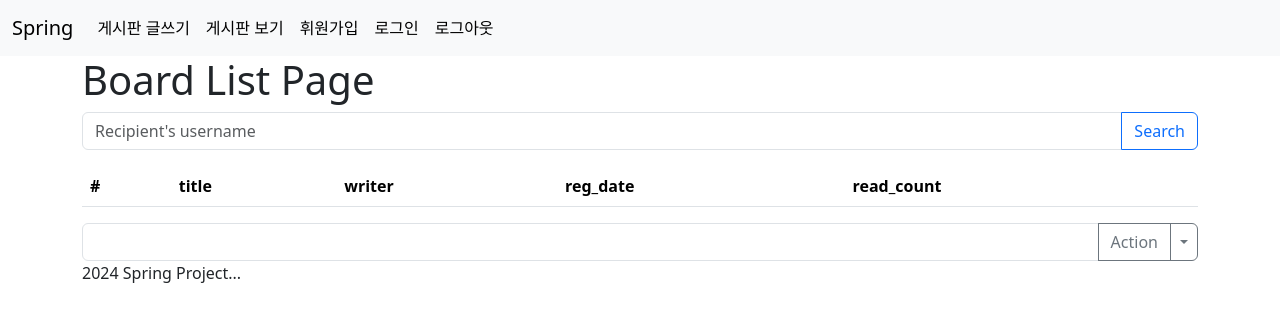
Repository: dlfhrrl12/springtest
Page: http://localhost/spring_study/WEB-INF/views/board/list.jsp
The author's editor kept a copy of each file at every save. The page is drawn from the files as they stood at one save, then again after the next save.
The browser window is 1280 px wide. The pictures show the whole page.
The page is served by Tomcat 9. Nobody is signed in. The template is opened directly, without the code that normally fills it, so the values that code supplies are empty.

Above is the page before, as saved 2024-04-24 08:16:29.

### spring_study/src/main/webapp/WEB-INF/views/board/list.jsp
<%@ page language="java" contentType="text/html; charset=UTF-8"
    pageEncoding="UTF-8"%>
	<%@ taglib uri="http://java.sun.com/jsp/jstl/core"  prefix="c"%>

	<jsp:include page="../layout/header.jsp"/>

<div class="container-md">
	<h1>Board List Page</h1>
	<form action="">
		<div class="input-group mb-3">
		  <input type="text" class="form-control" placeholder="Recipient's username" aria-label="Recipient's username" aria-describedby="button-addon2">
		  <button type="button" class="btn btn-outline-primary" id="button-addon2">Search</button>
		</div>
	</form>

	<table class="table table-striped">
		<thead>
			<tr>
				<th>#</th>
				<th>title</th>
				<th>writer</th>
				<th>reg_date</th>
				<th>read_count</th>
			</tr>
		</thead>
		<tbody>
			<c:forEach items="${list }" var="bvo">
			<tr>
				<th>${bvo.bno }</th>
				<th><a href="/board/detail?bno=${bvo.bno }">${bvo.title }</a></th>
				<th>${bvo.writer }</th>
				<th>${bvo.reg_date }</th>
				<th>${bvo.read_count }</th>
			</tr>
			</c:forEach>
		</tbody>
	</table>
	<form action="">
	<div class="input-group">
	  <input type="text" class="form-control" aria-label="Text input with segmented dropdown button">
	  <button type="button" class="btn btn-outline-secondary">Action</button>
	  <button type="button" class="btn btn-outline-secondary dropdown-toggle dropdown-toggle-split" data-bs-toggle="dropdown" aria-expanded="false">
	    <span class="visually-hidden">Toggle Dropdown</span>
	  </button>
	  <ul class="dropdown-menu dropdown-menu-end">
	    <li><a class="dropdown-item" href="#">Action</a></li>
	    <li><a class="dropdown-item" href="#">Another action</a></li>
	    <li><a class="dropdown-item" href="#">Something else here</a></li>
	    <li><hr class="dropdown-divider"></li>
	    <li><a class="dropdown-item" href="#">Separated link</a></li>
	  </ul>
	</div>
	</form>
</div>



	<jsp:include page="../layout/footer.jsp" />

### spring_study/src/main/webapp/WEB-INF/views/layout/header.jsp
<%@ page language="java" contentType="text/html; charset=UTF-8"
    pageEncoding="UTF-8"%>
<!DOCTYPE html>
<html>
<head>
<meta charset="UTF-8">
<title>header.jsp</title>
<link href="https://cdn.jsdelivr.net/npm/bootstrap@5.3.3/dist/css/bootstrap.min.css" rel="stylesheet" integrity="sha384-QWTKZyjpPEjISv5WaRU9OFeRpok6YctnYmDr5pNlyT2bRjXh0JMhjY6hW+ALEwIH" crossorigin="anonymous">
<script src="https://cdn.jsdelivr.net/npm/bootstrap@5.3.3/dist/js/bootstrap.bundle.min.js" integrity="sha384-YvpcrYf0tY3lHB60NNkmXc5s9fDVZLESaAA55NDzOxhy9GkcIdslK1eN7N6jIeHz" crossorigin="anonymous"></script>
</head>
<body>
<nav class="navbar navbar-expand-lg bg-body-tertiary">
  <div class="container-fluid">
    <a class="navbar-brand" href="#">Spring</a>
    <button class="navbar-toggler" type="button" data-bs-toggle="collapse" data-bs-target="#navbarSupportedContent" aria-controls="navbarSupportedContent" aria-expanded="false" aria-label="Toggle navigation">
      <span class="navbar-toggler-icon"></span>
    </button>
    <div class="collapse navbar-collapse" id="navbarSupportedContent">
      <ul class="navbar-nav me-auto mb-2 mb-lg-0">
        <li class="nav-item">
          <a class="nav-link active"  href="/board/register">게시판 글쓰기</a>
        </li>
        <li class="nav-item">
          <a class="nav-link active"  href="/board/list">게시판 보기</a>
        </li>
        <li class="nav-item">
          <a class="nav-link active"  href="#">휘원가입</a>
        </li>
        <li class="nav-item">
          <a class="nav-link active"  href="#">로그인</a>
        </li>
        <li class="nav-item">
          <a class="nav-link active"  href="#">로그아웃</a>
        </li>
    </div>
  </div>
</nav>

### spring_study/src/main/webapp/WEB-INF/views/layout/footer.jsp
<%@ page language="java" contentType="text/html; charset=UTF-8"
    pageEncoding="UTF-8"%>



<div class="container-md">
	2024 Spring Project...
</div>

</body>
</html>

After the next save:
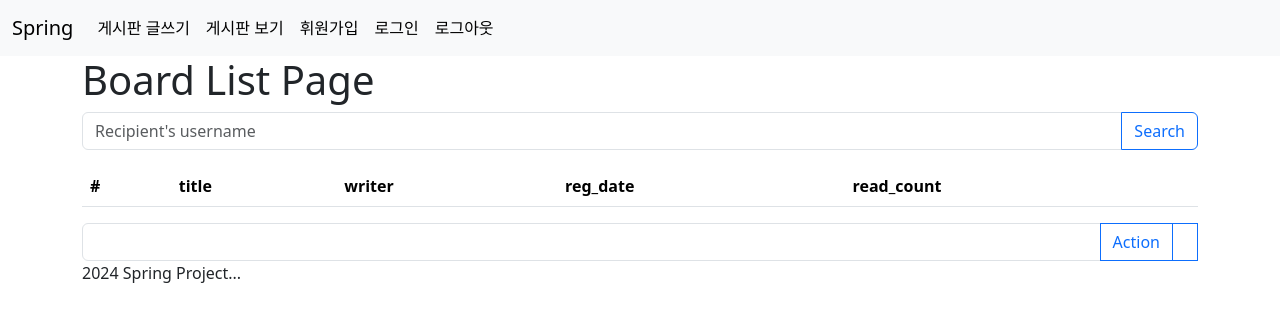
Saved 50 s later.
--- a/spring_study/src/main/webapp/WEB-INF/views/board/list.jsp
+++ b/spring_study/src/main/webapp/WEB-INF/views/board/list.jsp
@@ -38,8 +38,8 @@
 	<form action="">
 	<div class="input-group">
 	  <input type="text" class="form-control" aria-label="Text input with segmented dropdown button">
-	  <button type="button" class="btn btn-outline-secondary">Action</button>
-	  <button type="button" class="btn btn-outline-secondary dropdown-toggle dropdown-toggle-split" data-bs-toggle="dropdown" aria-expanded="false">
+	  <button type="button" class="btn btn-outline-primary">Action</button>
+	  <button type="button" class="btn btn-outline-primary" data-bs-toggle="dropdown" aria-expanded="false">
 	    <span class="visually-hidden">Toggle Dropdown</span>
 	  </button>
 	  <ul class="dropdown-menu dropdown-menu-end">

After the save that followed:
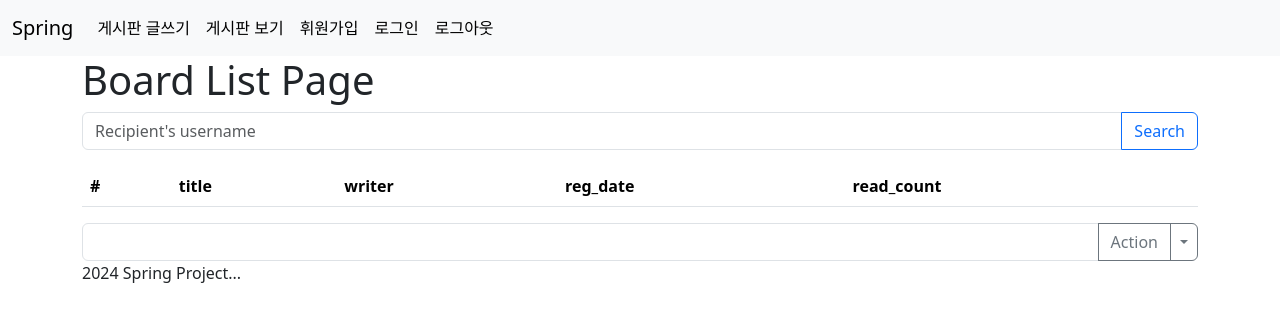
Saved 27 s later.
--- a/spring_study/src/main/webapp/WEB-INF/views/board/list.jsp
+++ b/spring_study/src/main/webapp/WEB-INF/views/board/list.jsp
@@ -38,8 +38,8 @@
 	<form action="">
 	<div class="input-group">
 	  <input type="text" class="form-control" aria-label="Text input with segmented dropdown button">
-	  <button type="button" class="btn btn-outline-primary">Action</button>
-	  <button type="button" class="btn btn-outline-primary" data-bs-toggle="dropdown" aria-expanded="false">
+	  <button type="button" class="btn btn-outline-secondary">Action</button>
+	  <button type="button" class="btn btn-outline-secondary dropdown-toggle dropdown-toggle-split" data-bs-toggle="dropdown" aria-expanded="false">
 	    <span class="visually-hidden">Toggle Dropdown</span>
 	  </button>
 	  <ul class="dropdown-menu dropdown-menu-end">
